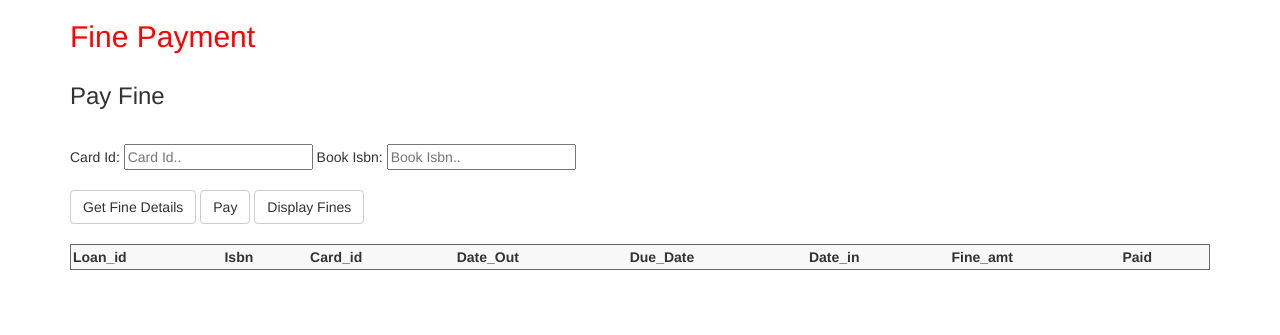
Repository: ApurvaMithal/LibraryManagementSystem
Page: http://localhost/LibraryManagementSystem/FinePay.jsp
An editor plug-in stored every save of this project. The page is shown before and after the next save, followed by the edit.
The browser window is 1280 px wide. The pictures show the whole page.
Some web fonts or font styles are not loaded; a fallback is used. The page is served by Tomcat 9. Nobody is signed in. The application's start-up code is not run. Other server files are loaded and not shown.

Above is the page before, as saved 2018-03-03 00:07:45.

### eclipse/LibraryManagementSystem/WebContent/FinePay.jsp
<%@ page language="java" contentType="text/html; charset=ISO-8859-1"
    pageEncoding="ISO-8859-1"%>
<!DOCTYPE html PUBLIC "-//W3C//DTD HTML 4.01 Transitional//EN" "http://www.w3.org/TR/html4/loose.dtd">
<html>
<head>
<meta http-equiv="Content-Type" content="text/html; charset=ISO-8859-1">
<title>FinePayment</title>
        <link rel="stylesheet" href="css/bootstrap.min.css">
        <link rel="stylesheet" href="https://cdnjs.cloudflare.com/ajax/libs/font-awesome/4.7.0/css/font-awesome.min.css">
        <link href='http://fonts.googleapis.com/css?family=Oxygen' rel='stylesheet' type='text/css'>
        <script src="js/jquery.min.js"></script>
        <script src="js/bootstrap.min.js"></script>
  <style>
    table {
                border: 1px solid #666;
                width: 100%;
            }
    th {
                background: #f8f8f8;
                font-weight: bold;
                padding: 2px;
            }
    tr{
        cursor:pointer;
        background: -moz-linear-gradient(top, #ffffff, #D1E3E9);
        background: -webkit-gradient(linear, 0% 0%, 0% 100%, from(#ffffff), to(#D1E3E9));
        text-align:center;
    }

    tr:hover{
        background: -moz-linear-gradient(top, #249ee4, #057cc0);
        background: -webkit-gradient(linear, 0% 0%, 0% 100%, from(#249ee4), to(#057cc0));
    }

    tr:active
    {
        background: -moz-linear-gradient(top, #057cc0, #249ee4);
        background: -webkit-gradient(linear, 0% 0%, 0% 100%, from(#057cc0), to(#249ee4));
    }

    #result{
        font-weight:bold;
        font-size:16pt;
    }
</style>
<script>
jQuery(window).ready(function() {

	$("#finePaymentBtn").click(function(event) {
		var card_id = $('#card_id').val();
        var isbn = $('#isbn').val();
        jQuery.ajax({
            url: "FinePaymentServlet",
            type: "get",
            dataType: "json",
            data: {
            	card_id : card_id,
            	isbn : isbn
            },
            success: function(data) {
                // since we are using jQuery, you don't need to parse response

                drawTable(data);
                $("#fineDetails tr").click(function(event) {
              	  var loan_id = this.cells[0].innerHTML;
              	  var isbn = this.cells[1].innerHTML;
              	  var card_id = this.cells[2].innerHTML;
              	  var date_out = this.cells[3].innerHTML;
              	  var due_date = this.cells[4].innerHTML;
              	  var date_in = this.cells[5].innerHTML;
              	  var fine_amt = this.cells[6].innerHTML;
              	  var paid = this.cells[7].innerHTML;

              	$("#finePaymentBtn2").click(function(event) {
					jQuery.ajax({
                      url: "FinePaymentPayServlet",
                      type: "get",
                      dataType: "json",
                      data: {
                          loan_id: loan_id

                      },
                      success: function(data) {
                          // since we are using jQuery, you don't need to parse response
                          	if(data[0].flag == 0){
                          		alert("Error: Payment of a fine for book that is not yet returned not allowed");
                          	}
                          	if(data[0].flag == 1){
                          		alert("Payment successfull");
                          	}

                      }
                  });
              	});
                });
            }
        });

    });

	$("#finePaymentBtn3").click(function(event) {
        jQuery.ajax({
            url: "FinePaymentDisplayServlet",
            type: "get",
            dataType: "json",
            data: {
            },
            success: function(data) {
                // since we are using jQuery, you don't need to parse response

                drawTableFine(data);

            }
        });

    });

        function drawTable(data) {
        	  $("#fineDetails").find("tr:not(:first)").remove();
            for (var i = 0; i < data.length; i++) {
                drawRow(data[i]);
            }
        }

        function drawRow(rowData) {
            var row = $("<tr />");
            $("#fineDetails").append(row); //this will append tr element to table... keep its reference for a while since we will add cels into it
            row.append($("<td>" + rowData.loan_id + "</td>"));
            row.append($("<td>" + rowData.isbn+ "</td>"));
            row.append($("<td>" + rowData.card_id + "</td>"));
            row.append($("<td>" + rowData.date_out + "</td>"));
            row.append($("<td>" + rowData.due_date + "</td>"));
            row.append($("<td>" + rowData.date_in + "</td>"));
            row.append($("<td>" + rowData.fine_amt + "</td>"));
            row.append($("<td>" + rowData.paid + "</td>"));

        }
        function drawTableFine(data) {
      	  $("#fineDetails").find("tr:not(:first)").remove();
          for (var i = 0; i < data.length; i++) {
              drawRow(data[i]);
          }
      }

      function drawRow(rowData) {
          var row = $("<tr />");
          $("#fineDetails").append(row); //this will append tr element to table... keep its reference for a while since we will add cels into it
          row.append($("<td>" + rowData.loan_id + "</td>"));
          row.append($("<td>" + rowData.isbn+ "</td>"));
          row.append($("<td>" + rowData.card_id + "</td>"));
          row.append($("<td>" + rowData.date_out + "</td>"));
          row.append($("<td>" + rowData.due_date + "</td>"));
          row.append($("<td>" + rowData.date_in + "</td>"));
          row.append($("<td>" + rowData.fine_amt + "</td>"));
          row.append($("<td>" + rowData.paid + "</td>"));

      }
    });
</script>
</head>
<body>
 <div class="container">
 <h2>
                <font color="red">Fine Payment</font>
            </h2>
	<div class="finePayment">
                <label for="finePayment"><h3>Pay Fine</h3></label></br></br>
                Card Id:    <input type="text" id="card_id" placeholder="Card Id.." name="cardId">
                Book Isbn:  <input type="text" id="isbn" placeholder="Book Isbn.." name="bookIsbn"></br>


            </div>
			</br>
            <button type="Submit" class="btn btn-default" id="finePaymentBtn">Get Fine Details</button>
            <button type="Submit" class="btn btn-default" id="finePaymentBtn2">Pay</button>
            <button type="Submit" class="btn btn-default" id="finePaymentBtn3">Display Fines</button>
			</br></br>

            <table id="fineDetails">
            <tr>
                <th>Loan_id</th>
                <th>Isbn</th>
                <th>Card_id</th>
                <th>Date_Out</th>
                <th>Due_Date</th>
                <th>Date_in</th>
                <th>Fine_amt</th>
                <th>Paid</th>
            </tr>

         </table>

         </div>
</body>
</html>

Loaded but not shown: eclipse/LibraryManagementSystem/WebContent/css/bootstrap.min.css (library); eclipse/LibraryManagementSystem/WebContent/js/jquery.min.js (library); eclipse/LibraryManagementSystem/WebContent/js/bootstrap.min.js (library)

After the next save:
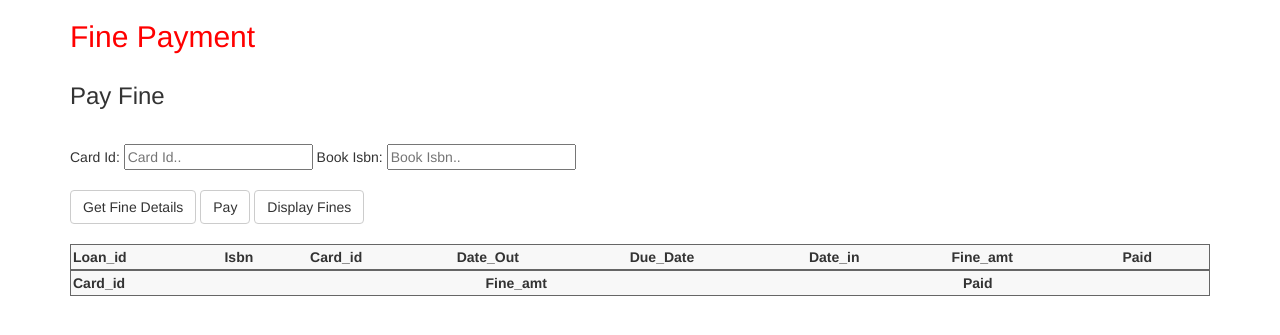
Saved 49 s later.
--- a/eclipse/LibraryManagementSystem/WebContent/FinePay.jsp
+++ b/eclipse/LibraryManagementSystem/WebContent/FinePay.jsp
@@ -136,7 +136,7 @@ jQuery(window).ready(function() {
 
         }
         function drawTableFine(data) {
-      	  $("#fineDetails").find("tr:not(:first)").remove();
+      	  $("#fineDetailsSum").find("tr:not(:first)").remove();
           for (var i = 0; i < data.length; i++) {
               drawRow(data[i]);
           }
@@ -144,13 +144,8 @@ jQuery(window).ready(function() {
 
       function drawRow(rowData) {
           var row = $("<tr />");
-          $("#fineDetails").append(row); //this will append tr element to table... keep its reference for a while since we will add cels into it
-          row.append($("<td>" + rowData.loan_id + "</td>"));
-          row.append($("<td>" + rowData.isbn+ "</td>"));
+          $("#fineDetailsSum").append(row); //this will append tr element to table... keep its reference for a while since we will add cels into it
           row.append($("<td>" + rowData.card_id + "</td>"));
-          row.append($("<td>" + rowData.date_out + "</td>"));
-          row.append($("<td>" + rowData.due_date + "</td>"));
-          row.append($("<td>" + rowData.date_in + "</td>"));
           row.append($("<td>" + rowData.fine_amt + "</td>"));
           row.append($("<td>" + rowData.paid + "</td>"));
 
@@ -189,6 +184,14 @@ jQuery(window).ready(function() {
             </tr>
 
          </table>
+          <table id="fineDetailsSum">
+            <tr>
+                <th>Card_id</th>
+                <th>Fine_amt</th>
+                <th>Paid</th>
+            </tr>
+
+         </table>
 
          </div>
 </body>
